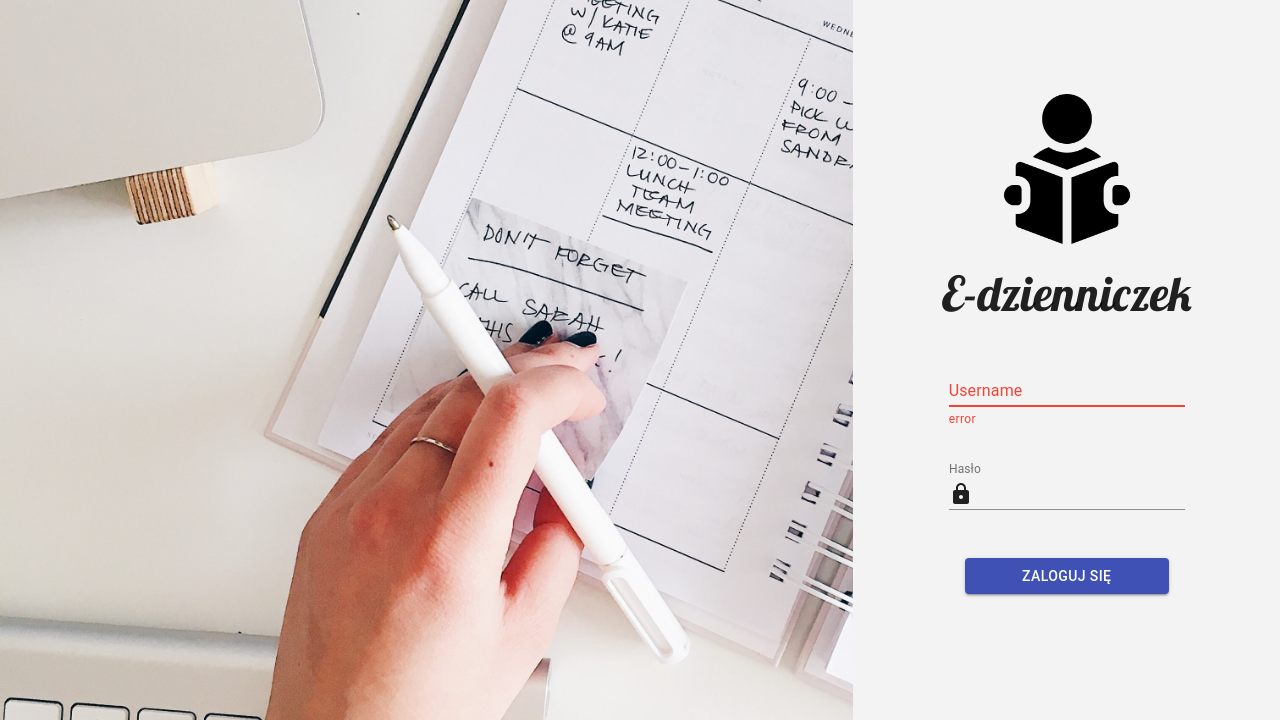
Repository: dominik3131/E-dzienniczek
Page: /
The author's editor kept a copy of each file at every save. The page is drawn from the files as they stood at one save, then again after the next save.
The browser window is 1280 px wide. The pictures show the whole page.
The project was rebuilt for these pictures with package versions that can differ from the ones it lists, and the page was loaded fresh each time.

Above is the page before, as saved 2020-11-17 13:58:36.

### public/index.html
<!DOCTYPE html>
<html lang="en">

<head>
  <meta charset="utf-8" />
  <meta name="viewport" content="width=device-width, initial-scale=1" />
  <meta name="theme-color" content="#f3f3f3" />
  <meta name="description" content="Web site created using create-react-app" />
  <link rel="stylesheet" type="text/css" href="//fonts.googleapis.com/css?family=Lobster" />
  <title>React App</title>
</head>

<body>
  <noscript>You need to enable JavaScript to run this app.</noscript>
  <div id="root"></div>
  <!--
      This HTML file is a template.
      If you open it directly in the browser, you will see an empty page.

      You can add webfonts, meta tags, or analytics to this file.
      The build step will place the bundled scripts into the <body> tag.

      To begin the development, run `npm start` or `yarn start`.
      To create a production bundle, use `npm run build` or `yarn build`.
    -->
</body>

</html>

### src/App.js
import "./App.css";
import { BrowserRouter as Router, Route, Switch } from "react-router-dom";
import LoginPageContainer from "./containers/LoginPageContainer";
//Initial page

function App() {
  return (
    <div className="App">
      <Router>
        <Switch>
          <Route path="/" exact component={LoginPageContainer} />
        </Switch>
      </Router>
    </div>
  );
}

export default App;

### src/App.css
*,
*::before,
*::after {
  box-sizing: border-box;
}

body {
  min-width: 280px;
}

.app {
  min-width: 100vw;
  min-height: 100vh;
  overflow: hidden;
}

### src/containers/LoginPageContainer/index.js
import React from "react";
import {
  MuiThemeProvider,
  createMuiTheme,
  makeStyles,
} from "@material-ui/core/styles";
import { CssBaseline, Grid, Box } from "@material-ui/core";
import useMediaQuery from "@material-ui/core/useMediaQuery";
import Typography from "@material-ui/core/Typography";
import background from "../../assets/background.jpg";
import { loginPanel as backgroundPanelColor } from "../../styles/background";
import readingBook from "../../assets/reading-book.png";
import LoginForm from "../../components/LoginForm/LoginForm";
import withLogin from "../../shared/withLogin";

const LoginFormWithHandleErrorAndLoading = withLogin(LoginForm);

const theme = createMuiTheme({
  overrides: {
    MuiCssBaseline: {
      "@global": {
        body: {
          background: `url(${background}) no-repeat fixed left `,
          backgroundSize: `100%`,
        },
      },
    },
  },
});

const useStyles = makeStyles((theme) => ({
  root: {
    display: "flex",
    flexDirection: "column",
    justifyContent: "center",
    alignItems: "center",
    minHeight: "100vh",
    width: "100%",
    backgroundColor: backgroundPanelColor,
  },
  img: {
    [theme.breakpoints.down("sm")]: {
      width: "100px",
    },
    [theme.breakpoints.up("sm")]: {
      width: "150px",
    },
  },
  h2: {
    fontFamily: "Lobster, open-sans",
    margin: "5% 0",
  },
}));

const LoginPageContainer = () => {
  const matches = useMediaQuery("(min-width:600px)");
  const classes = useStyles();
  return (
    <MuiThemeProvider theme={theme}>
      <CssBaseline />
      <Grid container justify="flex-end">
        <Grid container item md={4} sm={6}>
          <Box className={classes.root}>
            <img className={classes.img} src={readingBook} alt="Logo" />
            <Typography variant={matches ? "h3" : "h4"} className={classes.h2}>
              E-dzienniczek
            </Typography>
            <LoginFormWithHandleErrorAndLoading />
          </Box>
        </Grid>
      </Grid>
    </MuiThemeProvider>
  );
};

export default LoginPageContainer;

### src/styles/background.js
export const loginPanel = "#f3f3f3";

### src/components/LoginForm/LoginForm.js
import React, { useState } from "react";
import InputAdornment from "@material-ui/core/InputAdornment";
import AccountCircle from "@material-ui/icons/AccountCircle";
import LockRoundedIcon from "@material-ui/icons/LockRounded";
import {
  FormControl,
  InputLabel,
  Input,
  Button,
  TextField,
} from "@material-ui/core";
import { makeStyles } from "@material-ui/core/styles";

const useStyles = makeStyles((theme) => ({
  root: {
    display: "flex",
    flexDirection: "column",
    "& .MuiFormControl-root": {
      margin: theme.spacing(2),
      width: "30ch",
    },
  },
  margin: {
    margin: theme.spacing(4),
  },
}));

const LoginForm = (props) => {
  const [data, setData] = useState({
    username: "",
    password: "",
  });
  const handleChange = (e) =>
    setData({ ...data, [e.target.name]: e.target.value });
  const classes = useStyles();
  return (
    <form className={classes.root} noValidate autoComplete="off">
      {/* <FormControl> */}
      <TextField
        id="username"
        name="username"
        helperText="error"
        error={data.username.length === 0 ? "podany email nie istnieje" : null}
        label="Username"
        startAdornment={
          <InputAdornment position="start">
            <AccountCircle />
          </InputAdornment>
        }
        onChange={handleChange}
      />
      {/* </FormControl> */}
      <FormControl>
        <InputLabel htmlFor="password">Hasło</InputLabel>
        <Input
          id="password"
          name="password"
          startAdornment={
            <InputAdornment position="start">
              <LockRoundedIcon />
            </InputAdornment>
          }
          type="password"
          onChange={handleChange}
        />
      </FormControl>
      <Button
        variant="contained"
        color="primary"
        className={classes.margin}
        onClick={() => props.tryLogin({ ...data })}
      >
        Zaloguj się
      </Button>
    </form>
  );
};

export default LoginForm;

### src/shared/withLogin.js
import { React, useState } from "react";
import { useDispatch } from "react-redux";
import { login } from "../actions/auth";
import CircularProgress from "@material-ui/core/CircularProgress";
// eslint-disable-next-line import/no-anonymous-default-export
export default (Cmp) => {
  return (props) => {
    const [loading, setLoading] = useState(false);
    const dispatch = useDispatch();

    const logIn = ({ username, password }) => {
      setLoading(true);
      debugger;
      dispatch(login(username, password));
    };
    if (loading) {
      return <CircularProgress />;
    }

    return <Cmp {...props} tryLogin={logIn} />;
  };
};

### src/reducers/auth.js
import { LOGIN_SUCCESS, LOGIN_FAIL, LOGOUT } from "../actions/types";

const user = JSON.parse(localStorage.getItem("user"));

const initialState = user
  ? { isLoggedIn: true, user }
  : { isLoggedIn: false, user: null };

// eslint-disable-next-line import/no-anonymous-default-export
export default function (state = initialState, action) {
  const { type, payload } = action;

  switch (type) {
    case LOGIN_SUCCESS:
      return {
        ...state,
        isLoggedIn: true,
        user: payload.user,
      };
    case LOGIN_FAIL:
      return {
        ...state,
        isLoggedIn: false,
        user: null,
      };
    case LOGOUT:
      return {
        ...state,
        isLoggedIn: false,
        user: null,
      };
    default:
      return state;
  }
}

### src/reducers/message.js
import { SET_MESSAGE, CLEAR_MESSAGE } from "../actions/types";

const initialState = {};

// eslint-disable-next-line import/no-anonymous-default-export
export default function (state = initialState, action) {
  const { type, payload } = action;

  switch (type) {
    case SET_MESSAGE:
      return { message: payload };

    case CLEAR_MESSAGE:
      return { message: "" };

    default:
      return state;
  }
}

### src/actions/auth.js
import { LOGIN_SUCCESS, LOGIN_FAIL, LOGOUT, SET_MESSAGE } from "./types";
import AuthService from "../services/auth.service";

export const login = (username, password) => (dispatch) => {
  return AuthService.login(username, password).then(
    (data) => {
      dispatch({
        type: LOGIN_SUCCESS,
        payload: { user: data },
      });

      return Promise.resolve();
    },
    (error) => {
      const message =
        (error.response &&
          error.response.data &&
          error.response.data.message) ||
        error.message ||
        error.toString();

      dispatch({
        type: LOGIN_FAIL,
      });

      dispatch({
        type: SET_MESSAGE,
        payload: message,
      });

      return Promise.reject();
    }
  );
};

export const logout = () => (dispatch) => {
  AuthService.logout();

  dispatch({
    type: LOGOUT,
  });
};

### src/services/auth.service.js
import axios from "axios";
import { loginApiUrl } from "../helpers/routes";

class AuthService {
  login(username, password) {
    return axios
      .post(`${loginApiUrl()}`, { username, password })
      .then((response) => {
        if (response.data.key) {
          localStorage.setItem("user", JSON.stringify(response.data));
        }
        // console.log(response);
        return response.data;
      })
      .catch((err) => console.log(err));
  }

  logout() {
    localStorage.removeItem("user");
  }
}

export default new AuthService();

### src/helpers/routes.js
const serverUrl = "https://e-dzienniczek.herokuapp.com";

export const loginApiUrl = () => `${serverUrl}/api/login`;

Loaded but not shown: src/index.js (common file); src/index.css (common file); src/reportWebVitals.js (common file); src/store.js (common file); src/reducers/index.js (common file); src/actions/types.js (common file)

After the next save:
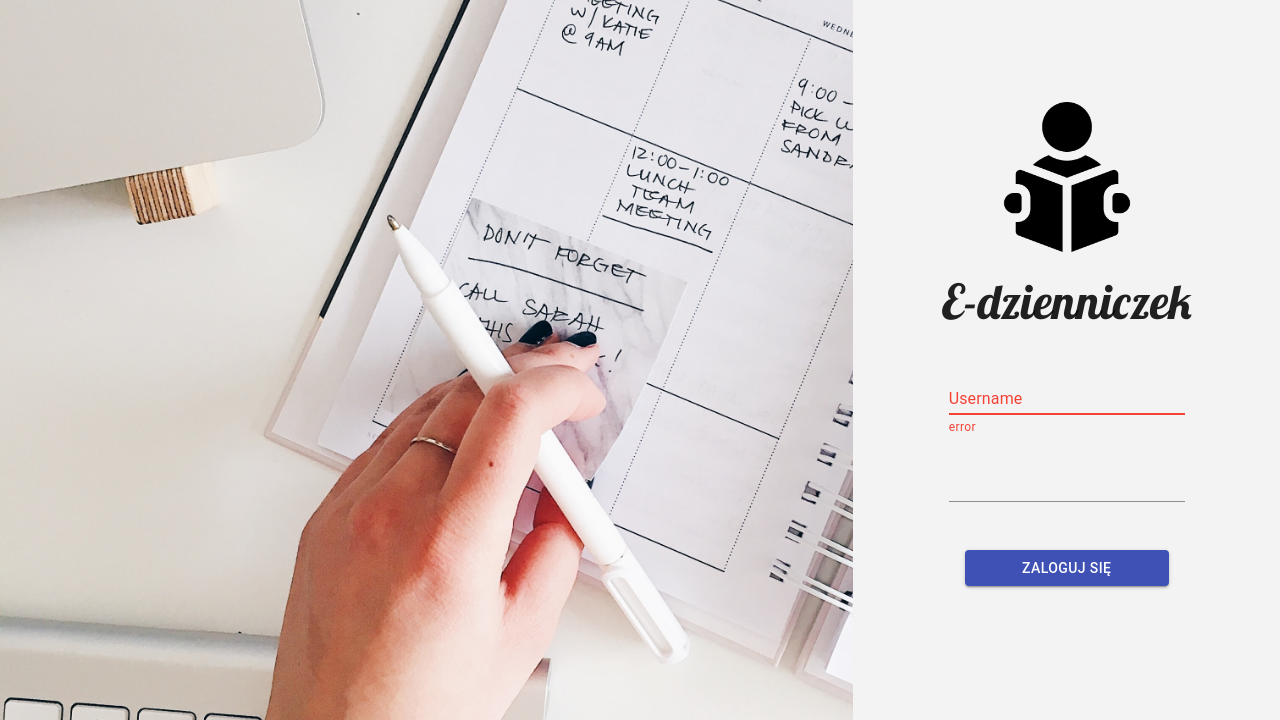
Saved 40 s later.
--- a/src/components/LoginForm/LoginForm.js
+++ b/src/components/LoginForm/LoginForm.js
@@ -50,20 +50,20 @@
         onChange={handleChange}
       />
       {/* </FormControl> */}
-      <FormControl>
-        <InputLabel htmlFor="password">Hasło</InputLabel>
-        <Input
-          id="password"
-          name="password"
-          startAdornment={
-            <InputAdornment position="start">
-              <LockRoundedIcon />
-            </InputAdornment>
-          }
-          type="password"
-          onChange={handleChange}
-        />
-      </FormControl>
+      {/* <FormControl> */}
+      {/* <InputLabel htmlFor="password">Hasło</InputLabel> */}
+      <TextField
+        id="password"
+        name="password"
+        startAdornment={
+          <InputAdornment position="start">
+            <LockRoundedIcon />
+          </InputAdornment>
+        }
+        type="password"
+        onChange={handleChange}
+      />
+      {/* </FormControl> */}
       <Button
         variant="contained"
         color="primary"

After the save that followed:
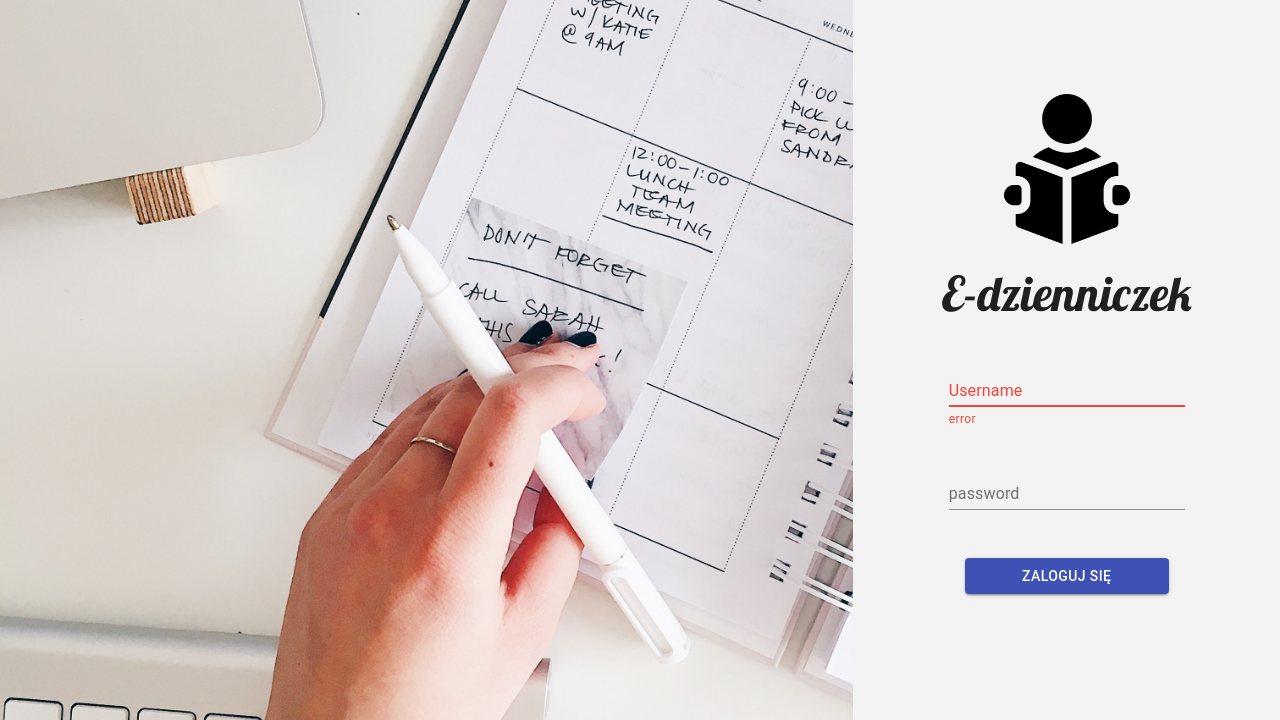
Saved 12 s later.
--- a/src/components/LoginForm/LoginForm.js
+++ b/src/components/LoginForm/LoginForm.js
@@ -55,6 +55,7 @@
       <TextField
         id="password"
         name="password"
+        label="password"
         startAdornment={
           <InputAdornment position="start">
             <LockRoundedIcon />
